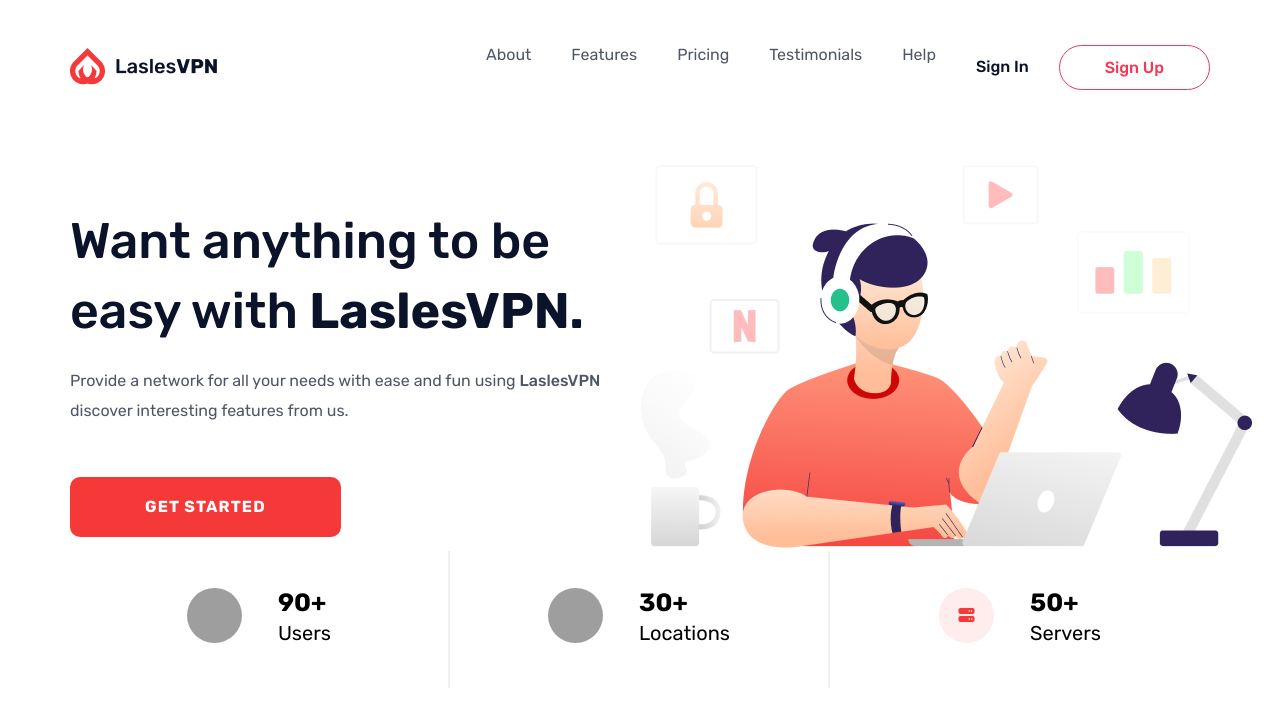
Repository: pixendrit/beetroot-fe-g1
Page: classwork/08 - Fonts in Web, Font Face/08_class/index.html
The author's editor kept a copy of each file at every save. The page is drawn from the files as they stood at one save, then again after the next save.
The browser window is 1280 px wide. The pictures show the whole page.
Pictures or frames that could not be fetched are drawn as grey boxes. Some web libraries are served in a nearby version.

Above is the page before, as saved 2021-02-01 18:38:22.

### classwork/08 - Fonts in Web, Font Face/08_class/index.html
<!DOCTYPE html>
<html lang="en">

<head>
  <meta charset="UTF-8">
  <meta name="viewport" content="width=device-width, initial-scale=1.0">
  <title>Lasless VPN</title>
  <link rel="preconnect" href="https://fonts.gstatic.com">
  <link href="https://fonts.googleapis.com/css2?family=Rubik:ital,wght@0,400;0,500;0,700;1,400;1,500;1,700&display=swap" rel="stylesheet">
  <link rel="stylesheet" href="./styles/style.css">
  <script src="https://kit.fontawesome.com/65bee54f5e.js" crossorigin="anonymous"></script>
</head>

<body>
  <header class="main-header">
    <div class="container">
      <div class="inner-flex">
        <a href="index.html" class="logo">
          <img src="images/Logo.png" alt="LaslesVPN">
        </a>
        <nav class="main-nav">
          <ul>
            <li><a href="#">About</a></li>
            <li><a href="#">Features</a></li>
            <li><a href="#">Pricing</a></li>
            <li><a href="#">Testimonials</a></li>
            <li><a href="#">Help</a></li>
          </ul>
          <div class="nav-buttons">
            <a href="#" class="btn btn--link">Sign In</a>
            <a href="#" class="btn">Sign Up</a>
          </div>
        </nav>
      </div>
    </div>
  </header>
  <main class="main-content">
    <section class="hero">
      <div class="container">
        <div class="hero__text">
          <h1>Want anything to be easy with <span>LaslesVPN.</span></h1>
          <p>Provide a network for all your needs with ease and fun using <span>LaslesVPN</span> discover interesting features from us.</p>
          <a href="#" class="btn">Get Started</a>
        </div>
        <div class="hero__image">
          <img src="images/illustration_1.png" alt="illustration_1.png">
        </div>
      </div>
    </section>
    <section class="stats">
      <div class="container">
        <div class="column-third">
          <div class="stat-item">
            <div class="stat-item__icon icon-user">
            </div>
            <div class="stat-item__text">
              <h4>90+</h4>
              <p>Users</p>
            </div>
          </div>
        </div>
        <div class="column-third">
          <div class="stat-item">
            <div class="stat-item__icon icon-locations">
            </div>
            <div class="stat-item__text">
              <h4>30+</h4>
              <p>Locations</p>
            </div>
          </div>
        </div>
        <div class="column-third">
          <div class="stat-item">
            <div class="stat-item__icon icon-servers">
              <i class="fas fa-server"></i>
            </div>
            <div class="stat-item__text">
              <h4>50+</h4>
              <p>Servers</p>
            </div>
          </div>
        </div>
      </div>
    </section>
  </main>
</body>

</html>

### classwork/08 - Fonts in Web, Font Face/08_class/styles/style.css
/* http://meyerweb.com/eric/tools/css/reset/
   v2.0 | 20110126
   License: none (public domain)
*/

html, body, div, span, applet, object, iframe,
h1, h2, h3, h4, h5, h6, p, blockquote, pre,
a, abbr, acronym, address, big, cite, code,
del, dfn, em, img, ins, kbd, q, s, samp,
small, strike, strong, sub, sup, tt, var,
b, u, i, center,
dl, dt, dd, ol, ul, li,
fieldset, form, label, legend,
table, caption, tbody, tfoot, thead, tr, th, td,
article, aside, canvas, details, embed,
figure, figcaption, footer, header, hgroup,
menu, nav, output, ruby, section, summary,
time, mark, audio, video {
	margin: 0;
	padding: 0;
	border: 0;
	font-size: 100%;
	font: inherit;
	vertical-align: baseline;
}
/* HTML5 display-role reset for older browsers */
article, aside, details, figcaption, figure,
footer, header, hgroup, menu, nav, section {
	display: block;
}
body {
	line-height: 1;
}
ol, ul {
	list-style: none;
}
blockquote, q {
	quotes: none;
}
blockquote:before, blockquote:after,
q:before, q:after {
	content: '';
	content: none;
}
table {
	border-collapse: collapse;
	border-spacing: 0;
}

/* ========================================================== */

* {
  box-sizing: border-box;
}

body {
  font-family: 'Rubik', sans-serif;
}
.inner-flex {
  display: flex;
  justify-content: space-between;
  align-items: center;
}
.main-header {
  float: left;
  width: 100%;
  padding-top: 45px;
  padding-bottom: 45px;
}
.container {
  width: 100%;
  max-width: 1140px;
  margin:0 auto;
}
.main-nav a {
  text-decoration: none;
}
.main-nav ul {
  float: left;
}
.main-nav ul li {
  margin-right: 40px;
  float: left;
}
.main-nav ul li a{
  font-size: 16px;
  line-height: 19px;
  color: #4F5665;
}
.logo {
  float: left;
}
.nav-buttons {
  float: right;
}
.nav-buttons .btn {
  color: #F53855;
  font-size: 16px;
  padding-left: 45px;
  padding-right: 45px;
  height: 45px;
  line-height: 43px;
  border: 1px solid #F53855;
  float: left;
  border-radius: 50px;
  font-weight: 500;
}
.nav-buttons .btn--link {
  padding-left: 0;
  padding-right: 0;
  border:0;
  margin-right:30px;
  color: #0B132A;
}

/* HERO */
.hero {
  float: left;
  width: 100%;
}
.hero__text {
  float: left;
  width:50%;
  padding-top:71px;
}
.hero__image {
  float: left;
  width:50%;
  padding-top:30px;

}

.hero__text h1 {
  font-weight: 500;
  font-size: 50px;
  line-height: 70px;
  color: #0B132A;
  margin-bottom: 20px;
}
.hero__text p {
  font-size: 16px;
  color: #4F5665;
  line-height: 1.9em;
  margin-bottom: 50px;
}
.hero__text h1 span {
  font-weight: bold;
}
.hero__text p span {
  font-weight: 500;
}

.hero__text .btn {
  float: left;
  height: 60px;
  line-height: 60px;
  padding-left: 75px;
  padding-right: 75px;
  background: #F53838;
  border-radius: 10px;
  text-decoration: none;
  color: white;
  font-weight: 700;
  font-size: 16px;
  text-transform: uppercase;
  letter-spacing: 0.07em;
}

/* ===================== */
.column-third  {
  float: left;
  width:33.3333333333%;
  text-align: center;
  padding:37px 0;
  border-right:2px solid #EEEFF2;
}
.column-third:last-child {
  border-right:0;
}
.stat-item {
  display: inline-block;
}
.stat-item__icon {
  background: #FFECEC;
  width: 55px;
  height: 55px;
  border-radius:50%;
  text-align: center;
  background-repeat: no-repeat;
  background-position: center;
  float: left;
}
.stat-item__icon.icon-user {
 background-image: url('../images/user-icon.png');
}
.stat-item__icon.icon-servers {
  line-height: 55px;
  color: #F53838;
/*  background-image: url('../images/server-icon.png');  */
}
.stat-item__icon.icon-locations {
 background-image: url('../images/location-icon.png');
}
.stat-item__text {
  float:left;
  text-align: left;
  padding-left: 36px;
}

.stat-item__text h4{
  font-weight: bold;
  font-size: 25px;
  line-height: 30px;
}
.stat-item__text p {
  font-weight: normal;
  font-size: 20px;
  line-height: 30px;
}

After the next save:
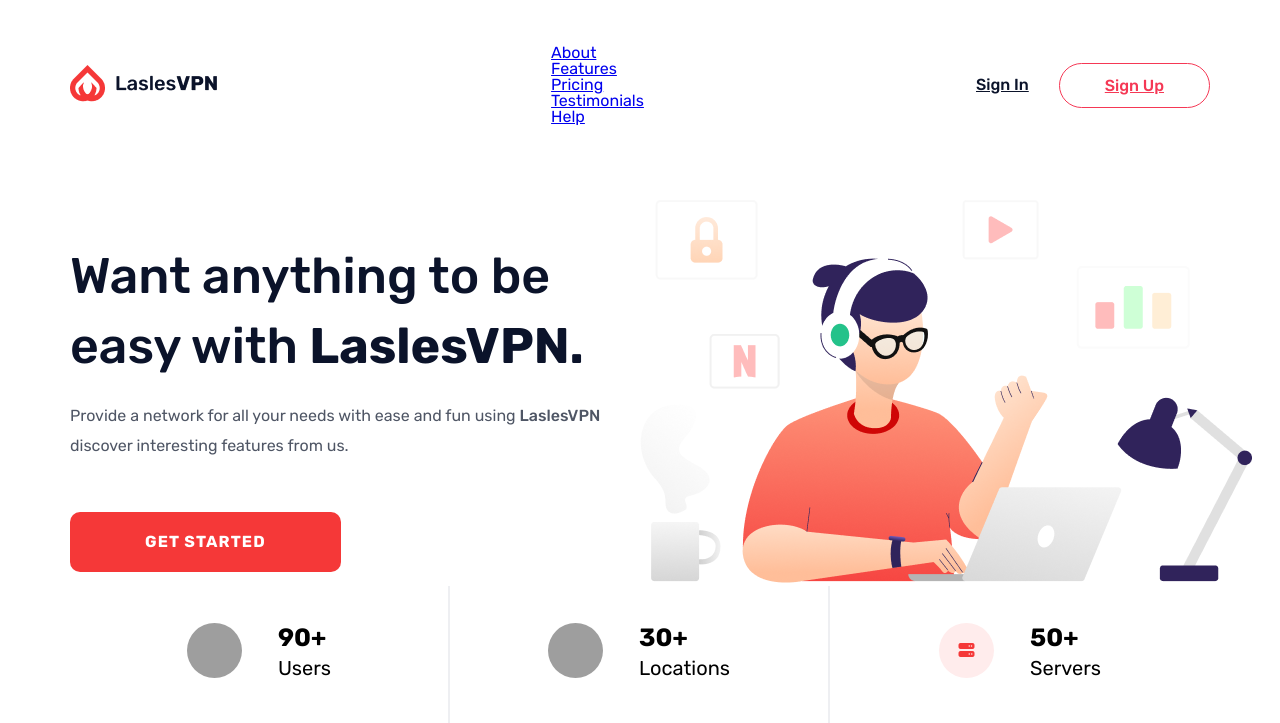
Saved 42 s later.
--- a/classwork/08 - Fonts in Web, Font Face/08_class/index.html
+++ b/classwork/08 - Fonts in Web, Font Face/08_class/index.html
@@ -18,19 +18,17 @@
         <a href="index.html" class="logo">
           <img src="images/Logo.png" alt="LaslesVPN">
         </a>
-        <nav class="main-nav">
-          <ul>
-            <li><a href="#">About</a></li>
-            <li><a href="#">Features</a></li>
-            <li><a href="#">Pricing</a></li>
-            <li><a href="#">Testimonials</a></li>
-            <li><a href="#">Help</a></li>
-          </ul>
-          <div class="nav-buttons">
-            <a href="#" class="btn btn--link">Sign In</a>
-            <a href="#" class="btn">Sign Up</a>
-          </div>
-        </nav>
+        <ul>
+          <li><a href="#">About</a></li>
+          <li><a href="#">Features</a></li>
+          <li><a href="#">Pricing</a></li>
+          <li><a href="#">Testimonials</a></li>
+          <li><a href="#">Help</a></li>
+        </ul>
+        <div class="nav-buttons">
+          <a href="#" class="btn btn--link">Sign In</a>
+          <a href="#" class="btn">Sign Up</a>
+        </div>
       </div>
     </div>
   </header>

After the save that followed:
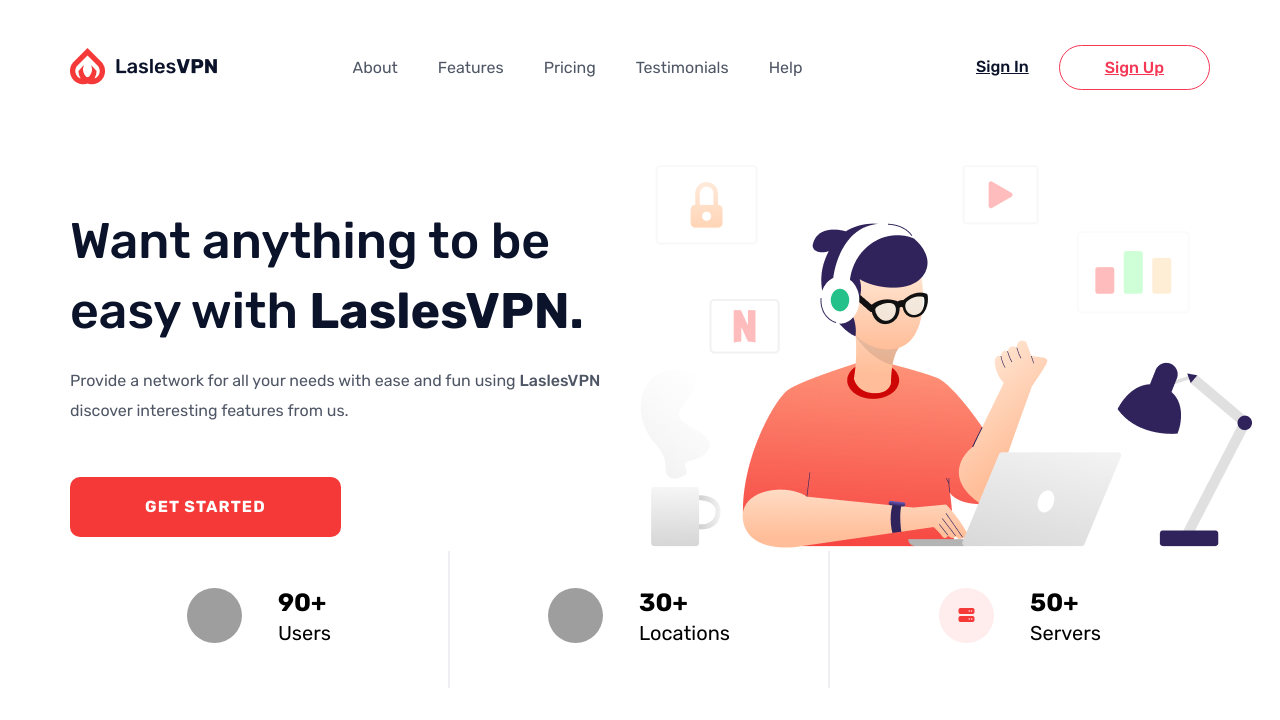
Saved 9 s later.
--- a/classwork/08 - Fonts in Web, Font Face/08_class/index.html
+++ b/classwork/08 - Fonts in Web, Font Face/08_class/index.html
@@ -18,13 +18,16 @@
         <a href="index.html" class="logo">
           <img src="images/Logo.png" alt="LaslesVPN">
         </a>
-        <ul>
-          <li><a href="#">About</a></li>
-          <li><a href="#">Features</a></li>
-          <li><a href="#">Pricing</a></li>
-          <li><a href="#">Testimonials</a></li>
-          <li><a href="#">Help</a></li>
-        </ul>
+        <nav class="main-nav">
+          <ul>
+            <li><a href="#">About</a></li>
+            <li><a href="#">Features</a></li>
+            <li><a href="#">Pricing</a></li>
+            <li><a href="#">Testimonials</a></li>
+            <li><a href="#">Help</a></li>
+          </ul>
+        </nav>
+
         <div class="nav-buttons">
           <a href="#" class="btn btn--link">Sign In</a>
           <a href="#" class="btn">Sign Up</a>
